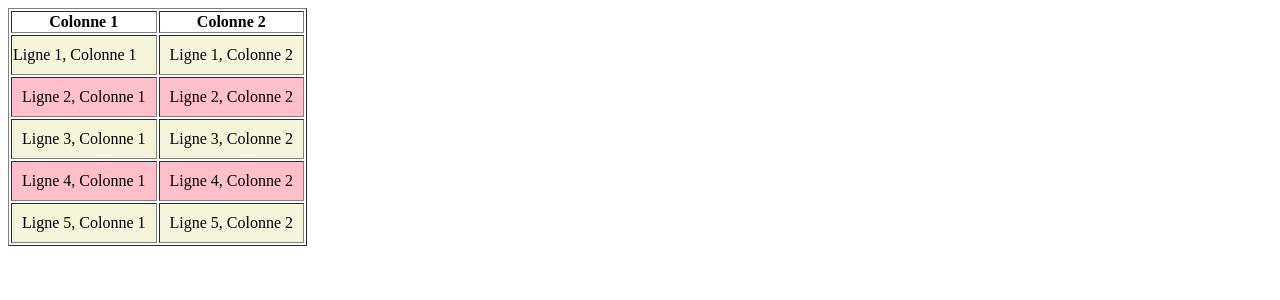
Repository: Chaimaa482/web-tp4
Page: ex1.html
These files come from the project's save history. The page is drawn as it stood at one moment and after the next save; the edit follows.
The browser window is 1280 px wide. The pictures show the whole page.

Above is the page before, as saved 2023-10-22 15:40:06.

### ex1.html
<!DOCTYPE html>
<html>
<head>
</head>
<body>
    <table id="myTable" border="1">
        <tr>
            <th>Colonne 1</th>
            <th>Colonne 2</th>
        </tr>
        <tr>
            <td>Ligne 1, Colonne 1</td>
            <td>Ligne 1, Colonne 2</td>
        </tr>
        <tr>
            <td>Ligne 2, Colonne 1</td>
            <td>Ligne 2, Colonne 2</td>
        </tr>
        <tr>
            <td>Ligne 3, Colonne 1</td>
            <td>Ligne 3, Colonne 2</td>
        </tr>
        <tr>
            <td>Ligne 4, Colonne 1</td>
            <td>Ligne 4, Colonne 2</td>
        </tr>
        <tr>
            <td>Ligne 5, Colonne 1</td>
            <td>Ligne 5, Colonne 2</td>
        </tr>
    </table>

    <script>
        var table = document.getElementById("myTable");
        var cells = table.getElementsByTagName("td");




        // Donner une couleur de fond rose aux lignes paires et beige aux lignes impaires
        var rows = table.querySelectorAll("tr");
        for (var i = 1; i < rows.length; i++) {
            if (i % 2 === 0) {
                rows[i].style.backgroundColor = "pink";
            } else {
                rows[i].style.backgroundColor = "beige";
            }
        }

        // Donner une classe col1 aux colonnes paires et col2 aux colonnes impaires
        var cellsCol1 = table.getElementsByClassName("col1");
        var cellsCol2 = table.getElementsByClassName("col2");
        for (var i = 0; i < cells.length; i++) {
            if (i % 2 === 0) {
                cells[i].className = "col1";
            } else {
                cells[i].className = "col2";
            }
        }

        // Augmenter le padding de toutes les cellules sauf celles de la première ligne
        for (var i = 1; i < cells.length; i++) {
            cells[i].style.padding = "10px";
        }
    </script>
</body>
</html>

After the next save:
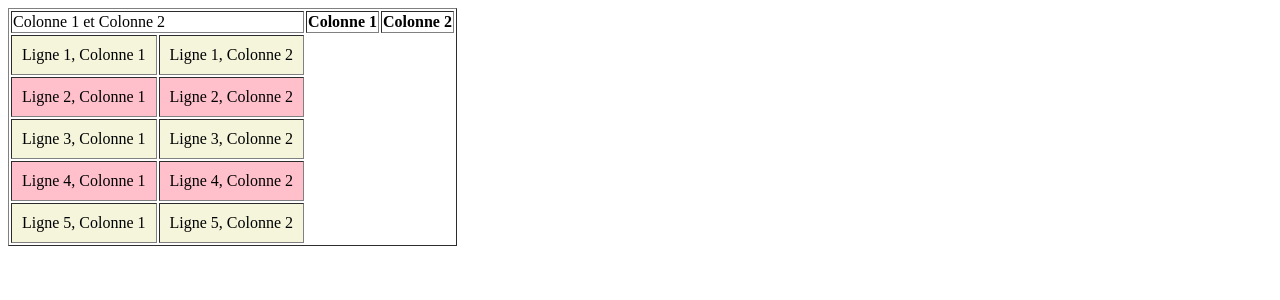
Saved 2 min 1 s later.
--- a/ex1.html
+++ b/ex1.html
@@ -34,7 +34,11 @@
         var table = document.getElementById("myTable");
         var cells = table.getElementsByTagName("td");
 
-
+        var table = document.getElementById("myTable");
+    var firstRow = table.rows[0];
+    var firstCell = firstRow.insertCell(0);
+    firstCell.innerHTML = "Colonne 1 et Colonne 2";
+    firstCell.colSpan = 2;
 
 
         // Donner une couleur de fond rose aux lignes paires et beige aux lignes impaires
